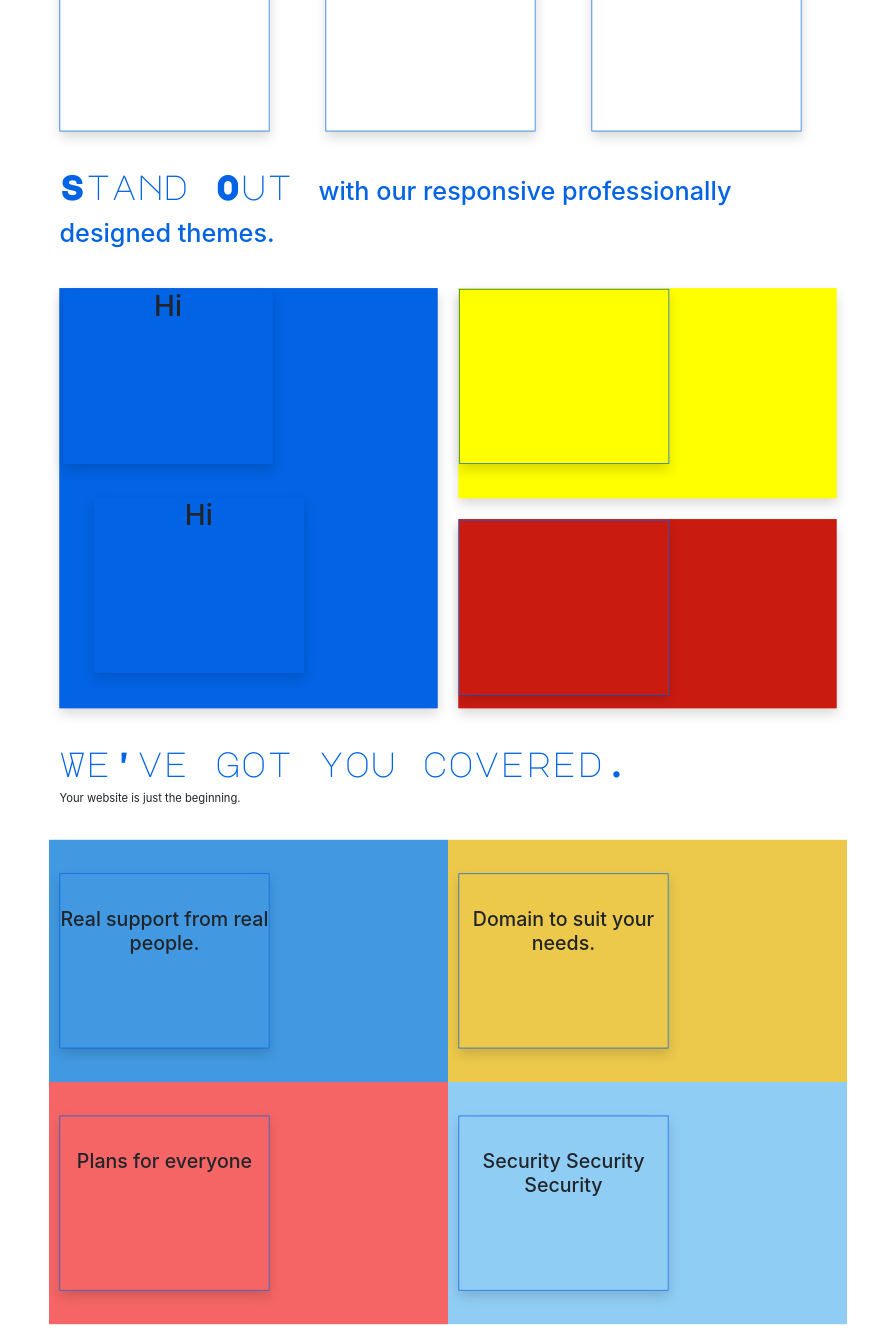
Repository: latenightsnacc/Static-Web-Projects
Page: Dunno Yet/index.html
An editor plug-in stored every save of this project. The page is shown before and after the next save, followed by the edit.
The browser window is 1280 px wide. The pictures show the part of the page from y = 2144 to 4064 px (the page is 4804 px tall before and 4864 px after), at 70% of full size.
The style sheet was rebuilt from its Sass, Less or Tailwind sources for each picture, by a compiler version that may differ from the author's.

Above is the page before, as saved 2020-11-11 11:21:26.

After the next save:
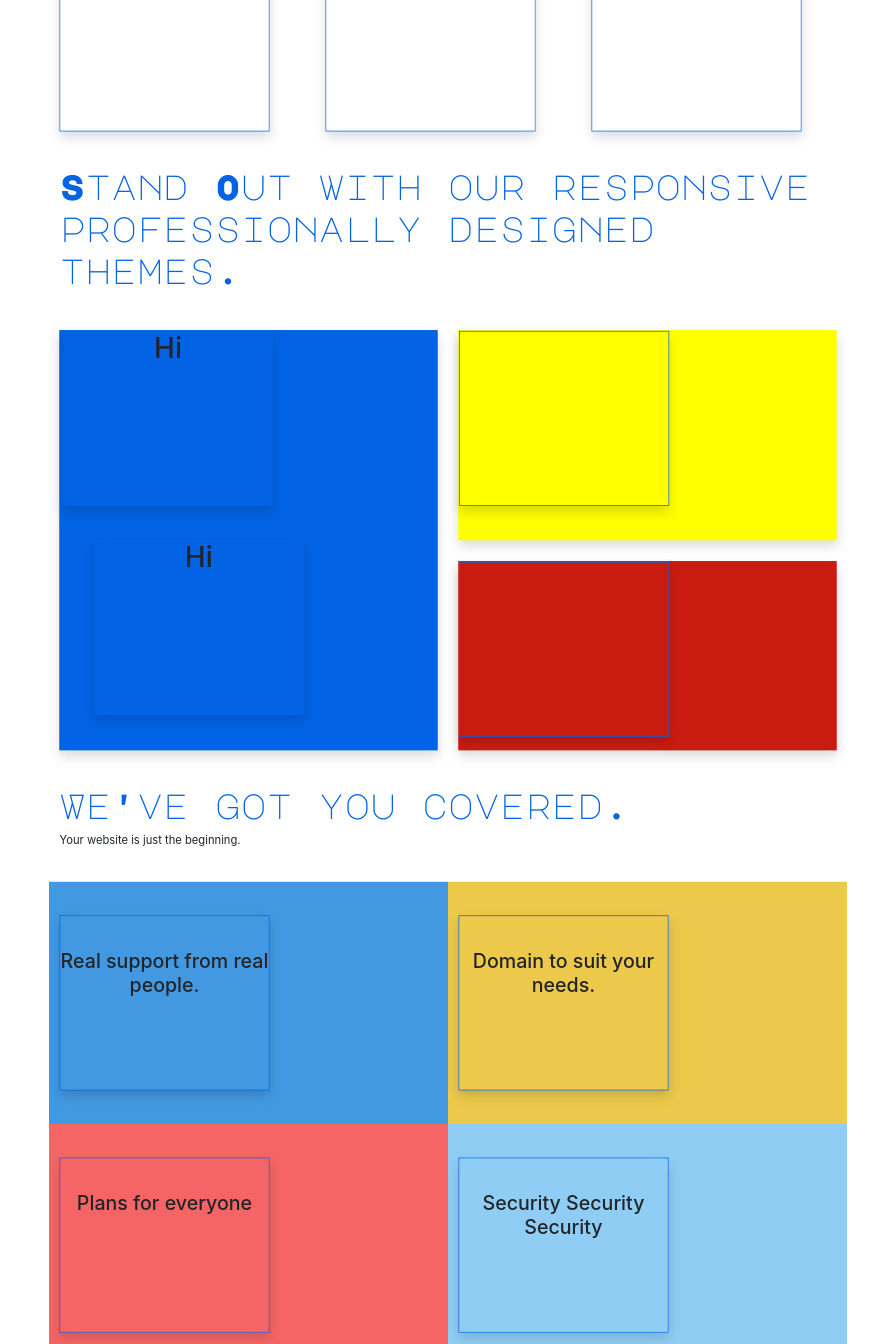
Saved 115 s later.
--- a/Dunno Yet/index.html
+++ b/Dunno Yet/index.html
@@ -147,7 +147,7 @@
     <section class="min-h-screen mt-5 mb-5" id="themes">
         <div class="container">
             <div class="title-box">
-                <h2 class="section-title">Stand Out <span class="text-4xl">with our responsive professionally designed themes.</h2>
+                <h2 class="section-title">Stand Out <span class="text-4xl section-title">with our responsive professionally designed themes.</h2>
             </div>
             <div class="row">
                 <div class="col-xs-12 col-s-12 col-md-6 col-lg-6 col-xl-6">

After the save that followed:
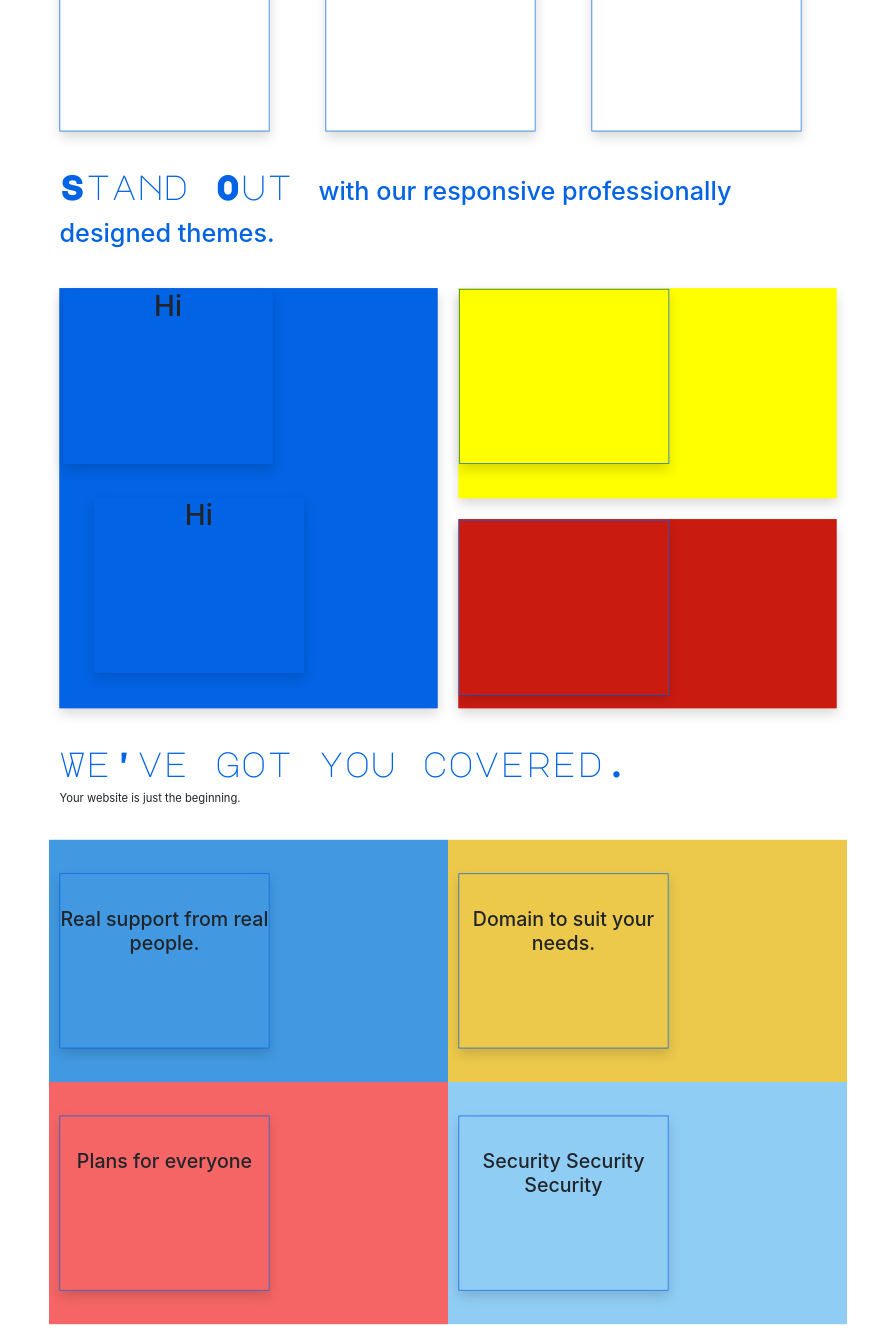
Saved 22 s later.
--- a/Dunno Yet/index.html
+++ b/Dunno Yet/index.html
@@ -147,7 +147,7 @@
     <section class="min-h-screen mt-5 mb-5" id="themes">
         <div class="container">
             <div class="title-box">
-                <h2 class="section-title">Stand Out <span class="text-4xl section-title">with our responsive professionally designed themes.</h2>
+                <h2 class="section-title">Stand Out <span class="text-4xl span-title">with our responsive professionally designed themes.</h2>
             </div>
             <div class="row">
                 <div class="col-xs-12 col-s-12 col-md-6 col-lg-6 col-xl-6">
